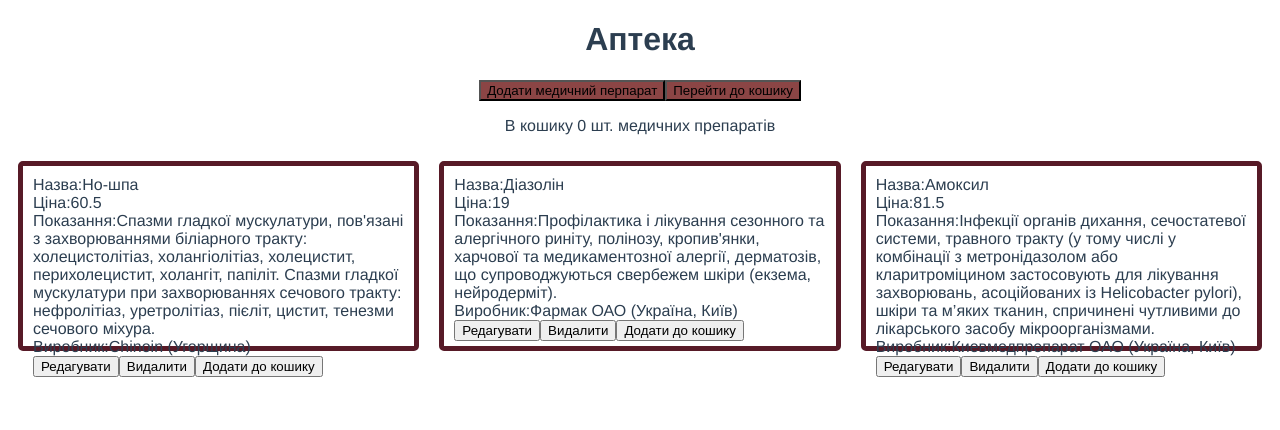
Repository: kristinap8/pharmacy
Page: /
An editor plug-in stored every save of this project. The page is shown before and after the next save, followed by the edit.
The browser window is 1280 px wide. The pictures show the whole page.
The project was rebuilt for these pictures with package versions that can differ from the ones it lists, and the page was loaded fresh each time. Also part of the build but not shown: src/components/AddMedicineForm/index.vue, src/pages/AddMedicine/index.vue, src/components/EditMedicineForm/index.vue, src/pages/EditMedicine/index.vue, src/components/CartForm/index.vue, src/pages/Cart/index.vue.

Above is the page before, as saved 2020-12-10 02:22:07.

After the next save:
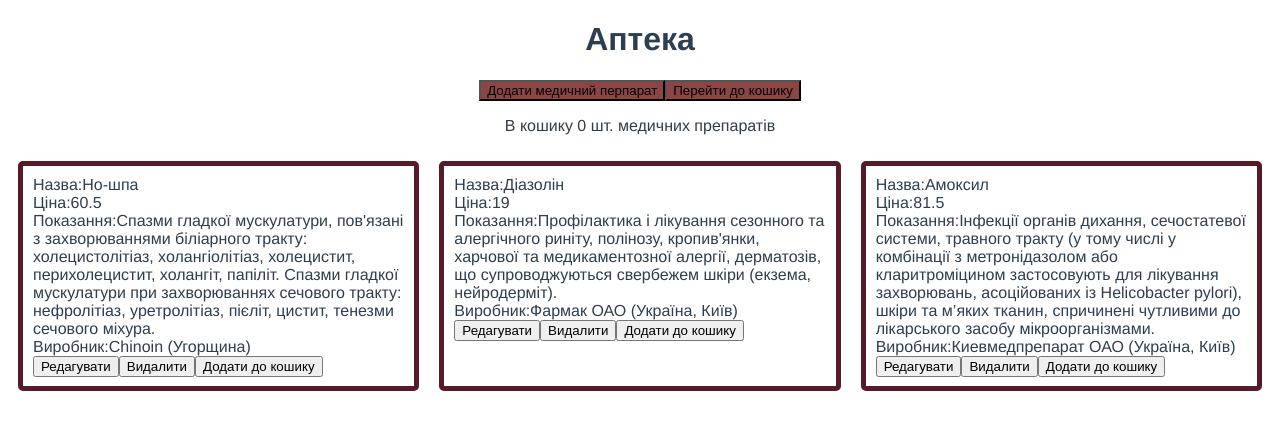
Saved 8 s later.
--- a/src/components/MedicinesList/MedicineCard/index.vue
+++ b/src/components/MedicinesList/MedicineCard/index.vue
@@ -58,7 +58,7 @@ import { mapActions } from 'vuex'
 <style lang="scss" scoped>
 .card-container{
   width: 400px;
-  height: 160px;
+  height: 200px;
   border: 5px solid rgb(87, 26, 39);
   border-radius: 5px;
   padding: 10px;
